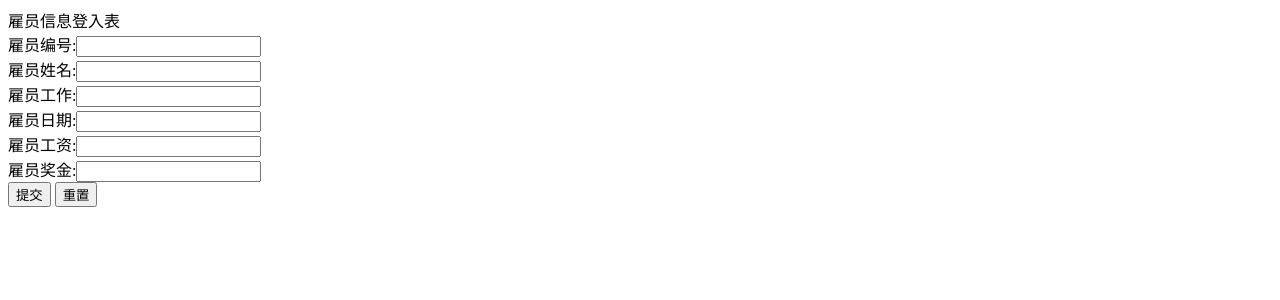
Repository: wikelgc/JSP
Page: http://localhost/ZhuCe/zhuce.jsp
An editor plug-in stored every save of this project. The page is shown before and after the next save, followed by the edit.
The browser window is 1280 px wide. The pictures show the whole page.
The page is served by Tomcat 9.

Above is the page before, as saved 2015-05-31 09:23:37.
Console error (its wording comes from the project's code and is left out).

After the next save:
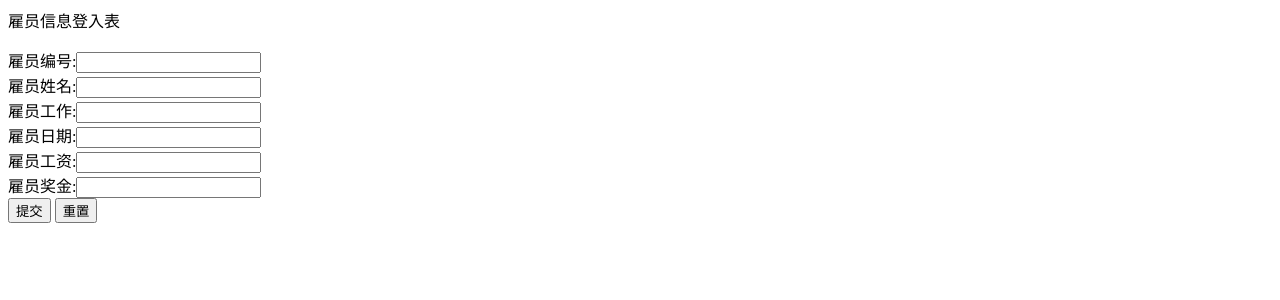
Saved 82 s later.
--- a/ZhuCe/WebRoot/zhuce.jsp
+++ b/ZhuCe/WebRoot/zhuce.jsp
@@ -2,8 +2,8 @@
 <html>
 <head>
 	<title>JavaScript应用正则表达式</title>
-	雇员信息登入表
-	<script language="JavaScript">
+	<p>雇员信息登入表</p>
+	<script>
 		function validate(f){	// 定义函数，此时f就表示myform
 			var value = true;	// 取得输入的内容
 			if(!/^\d+$/.test(f.userID.value)){	// 用户编码 --数字
